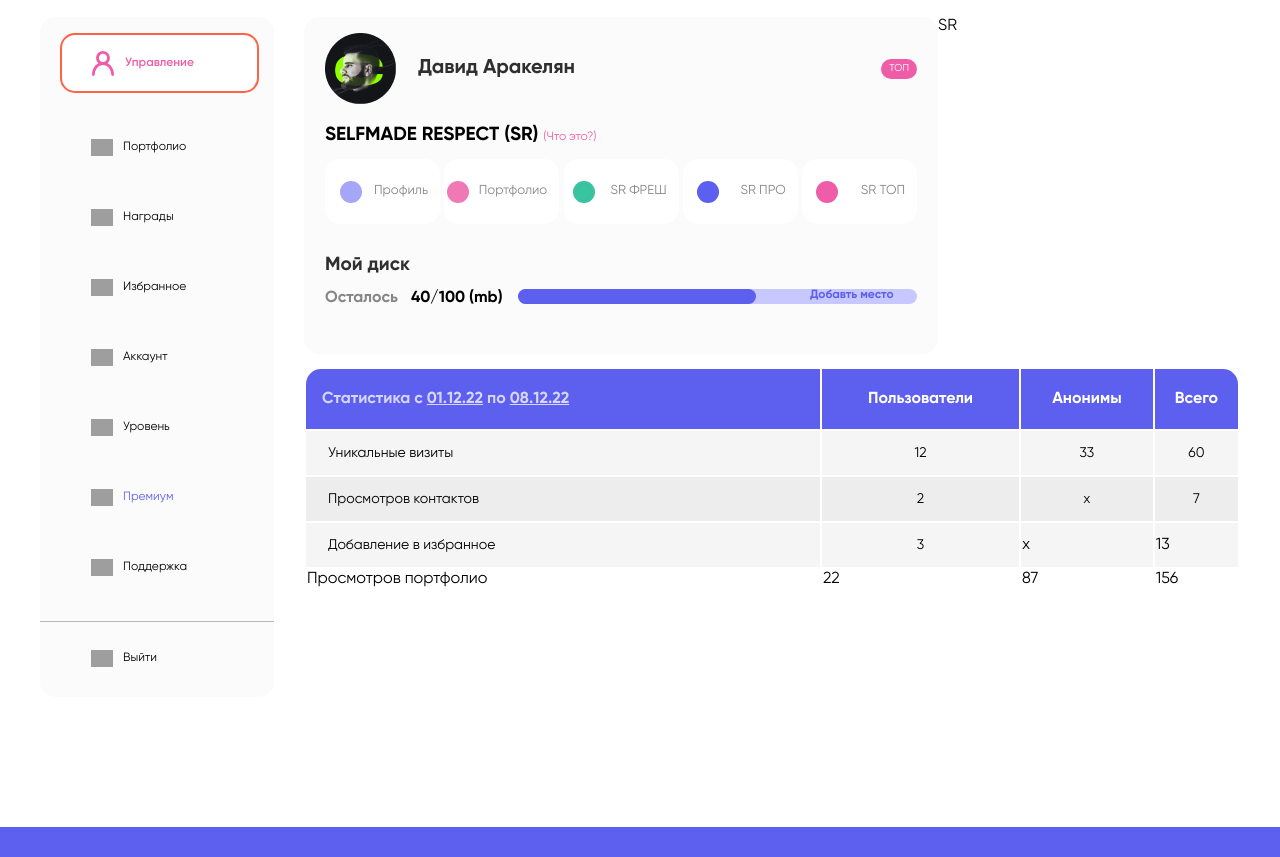
Repository: alexboagreek/selfmade
Page: index.html
These files come from the project's save history. The page is drawn as it stood at one moment and after the next save; the edit follows.
The browser window is 1280 px wide. The pictures show the part of the page from y = 353 to 1210 px (the page is 1719 px tall).
Pictures or frames that could not be fetched are drawn as grey boxes. A picture or video elsewhere on the page could not be fetched, so the positions and the page height are approximate.

Above is the page before, as saved 2022-12-13 16:21:29.

After the next save:
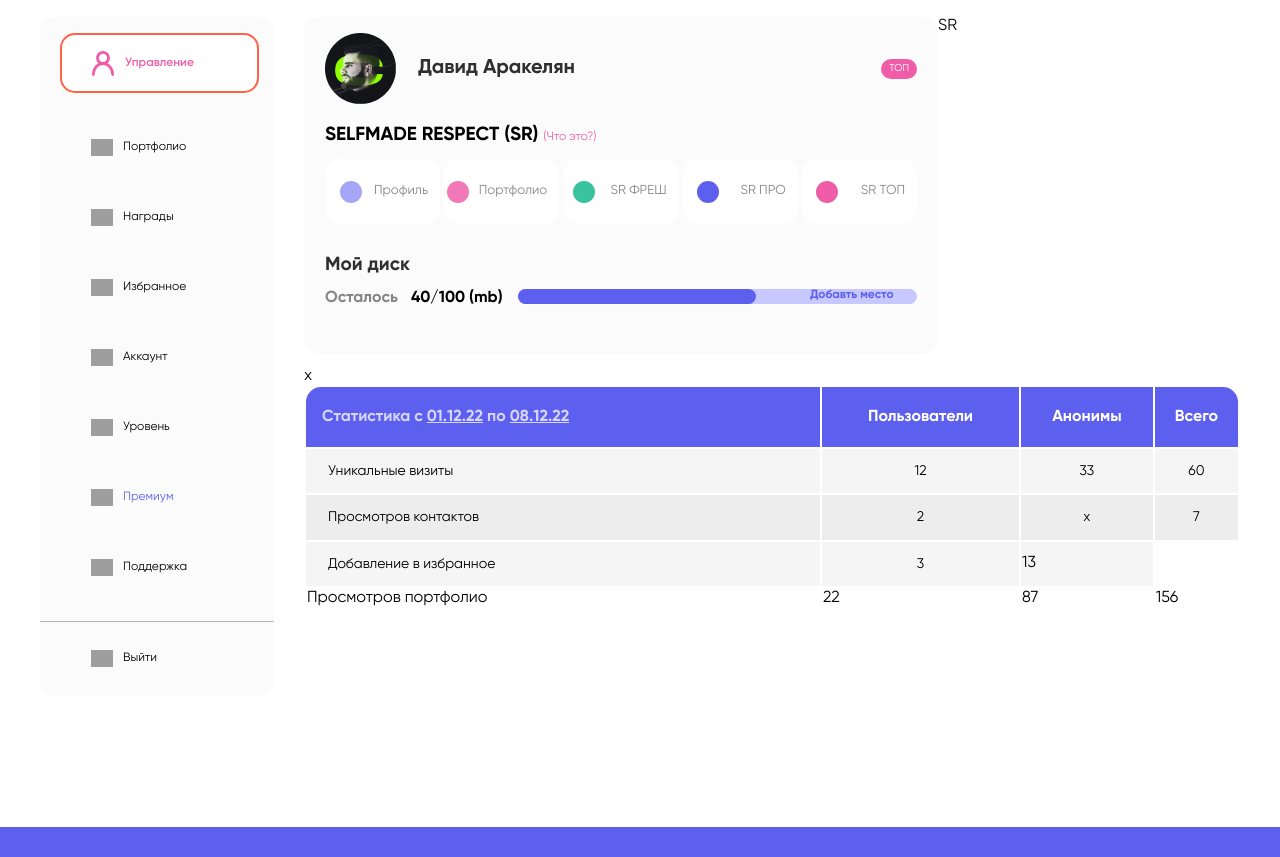
Saved 4 s later.
--- a/index.html
+++ b/index.html
@@ -123,7 +123,7 @@
                       <tr class="table__first">
                         <td class="table__first_row">Добавление в избранное</td>
                         <td class="first__row_text">3</td>
-                        <td>x</td>
+                        <tdclass="first__row_text">x</tdclass=>
                         <td>13</td>
                       </tr>
                       <tr>

After the save that followed:
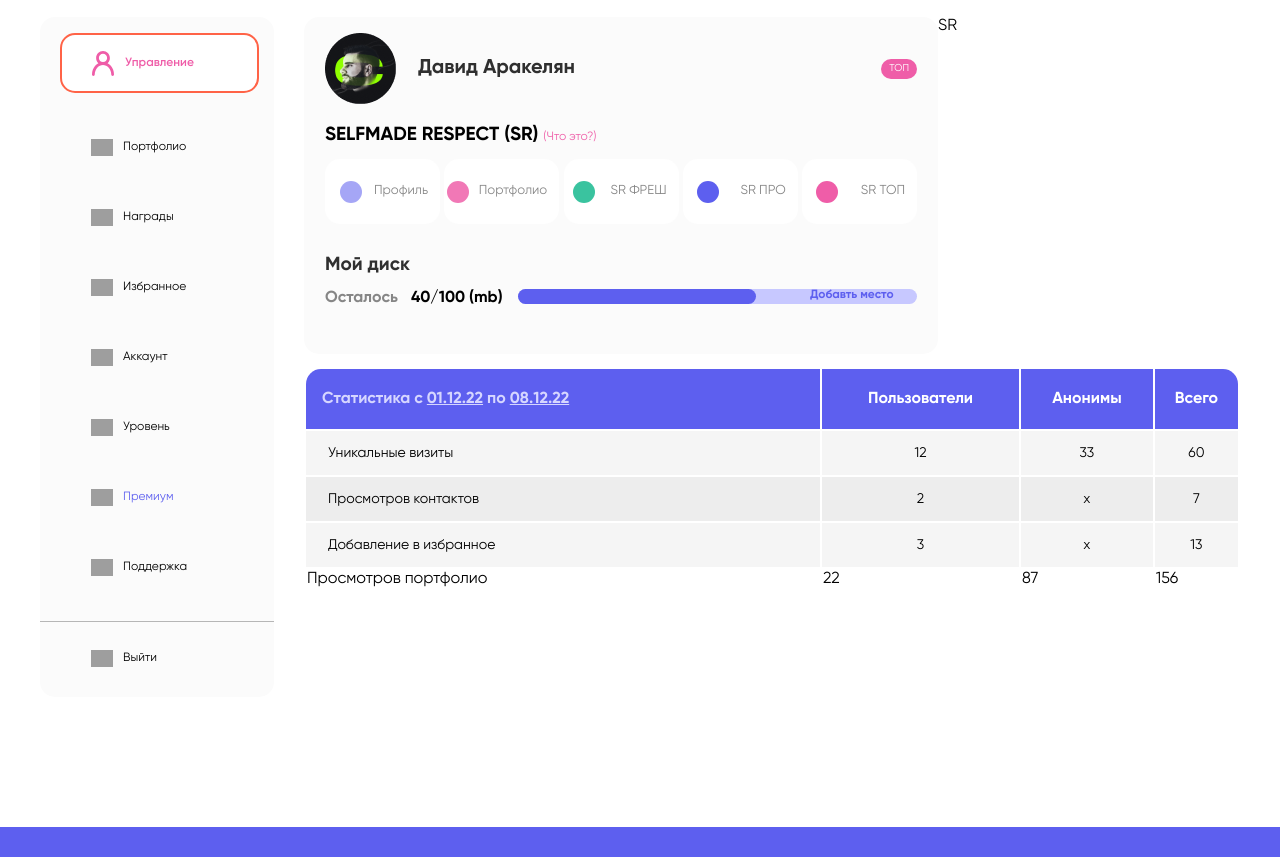
Saved 5 s later.
--- a/index.html
+++ b/index.html
@@ -123,8 +123,8 @@
                       <tr class="table__first">
                         <td class="table__first_row">Добавление в избранное</td>
                         <td class="first__row_text">3</td>
-                        <tdclass="first__row_text">x</tdclass=>
-                        <td>13</td>
+                        <td class="first__row_text">x</td>
+                        <td class="first__row_text">13</td>
                       </tr>
                       <tr>
                         <td>Просмотров портфолио</td>
